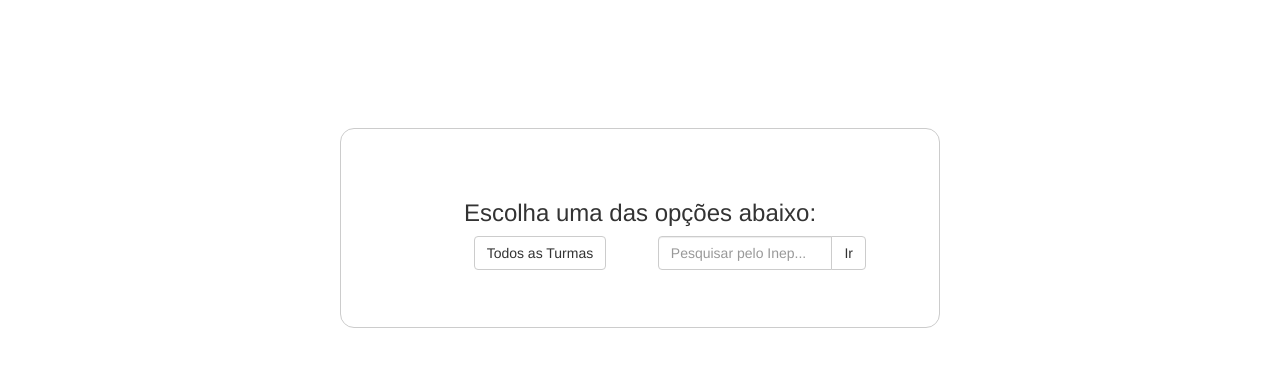
Repository: ipti/br.tag.webservice
Page: http://localhost/Restful-API-TAG/classrooms.jsp
An editor plug-in stored every save of this project. The page is shown before and after a run of saves, followed by the edit.
The browser window is 1280 px wide. The pictures show the whole page.
The page is served by Tomcat 9. Other server files are loaded and not shown.

Above is the page before, as saved 2016-04-27 14:17:57.

### Restful-API-TAG/WebContent/classrooms.jsp
<%@ page language="java" contentType="text/html; charset=ISO-8859-1"
    pageEncoding="ISO-8859-1"%>
<!DOCTYPE html PUBLIC "-//W3C//DTD HTML 4.01 Transitional//EN" "http://www.w3.org/TR/html4/loose.dtd">
<html>
<head>
<link rel="stylesheet" href="css/styles.css">
<link href="css/bootstrap.min.css" rel="stylesheet">
<meta http-equiv="Content-Type" content="text/html; charset=ISO-8859-1">
<title>API TAG - Classrooms</title>
</head>
<body>
	<div id="classroomDiv">
		<h3 id="titleClassroom">Escolha uma das opções abaixo:</h3>

		<div style="margin-left: 5%" class="btn-group-md text-center" role="group" aria-label="...">
			<div class="row">
				<div class="col-lg-6" style="margin-left: 5%" >
					<a type="submit" class="btn btn-default" href="${pageContext.request.contextPath}/api/TagService/getClassrooms">Todos as Turmas</a>
				</div>
				<div class="col-lg-5"  style="margin-left: -7%;">
					<div class="input-group">
						<input type="text" class="form-control" placeholder="Pesquisar pelo Inep...">
						<span class="input-group-btn">
							<a class="btn btn-default" type="submit" href="${pageContext.request.contextPath}/api/TagService/getClassrooms/{inep_id}">Ir</a>
						</span>
					</div>
				</div>
			</div>
		</div>
	</div>
</body>
</html>

### Restful-API-TAG/WebContent/css/styles.css
@CHARSET "ISO-8859-1";

#mainDiv {
    /* Just to center the form on the page */
    margin: 10% auto;
    width: 500px;
    height: 200px;
    /* To see the outline of the form */
    padding: 1em;
    border: 1px solid #CCC;
    border-radius: 1em;
}

#divGroup {
	padding: 7px;
}

#studentDiv, #schoolDiv, #instructorDiv, #classroomDiv {
    /* Just to center the form on the page */
    margin: 10% auto;
    width: 600px;
    height: 200px;
    /* To see the outline of the form */
    padding: 1em;
    border: 1px solid #CCC;
    border-radius: 1em;
}

#titleH3 {
	text-align: center;
	margin-top: 10%;
}

#titleStudent, #titleSchool, #titleInstructor, #titleClassroom {
	text-align: center;
	margin-top: 10%;
}

Loaded but not shown: Restful-API-TAG/WebContent/css/bootstrap.min.css (library)

After the next 2 saves:
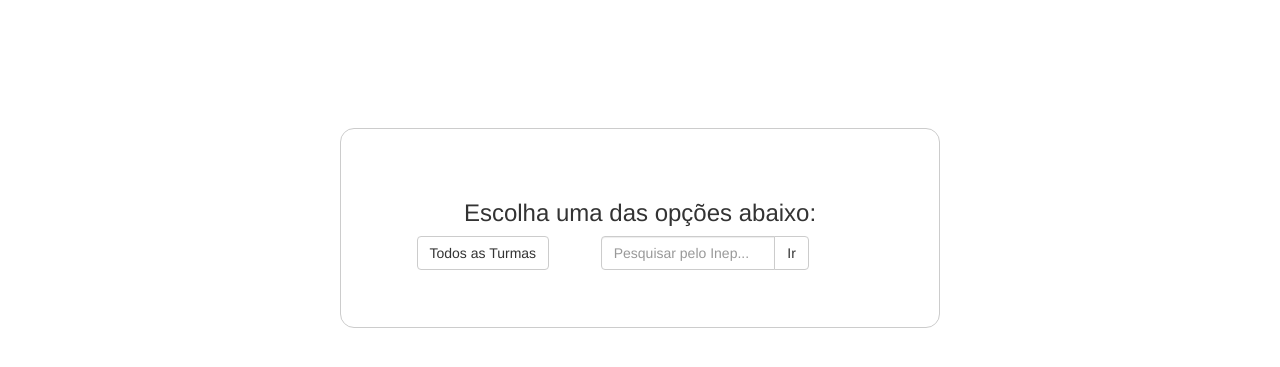
The 2 saves are shown as one change because they came seconds apart.
The last was saved 20 s later.
--- a/Restful-API-TAG/WebContent/classrooms.jsp
+++ b/Restful-API-TAG/WebContent/classrooms.jsp
@@ -14,7 +14,7 @@
 
 		<div style="margin-left: 5%" class="btn-group-md text-center" role="group" aria-label="...">
 			<div class="row">
-				<div class="col-lg-6" style="margin-left: 5%" >
+				<div class="col-lg-6" style="margin-left: -5%" >
 					<a type="submit" class="btn btn-default" href="${pageContext.request.contextPath}/api/TagService/getClassrooms">Todos as Turmas</a>
 				</div>
 				<div class="col-lg-5"  style="margin-left: -7%;">
